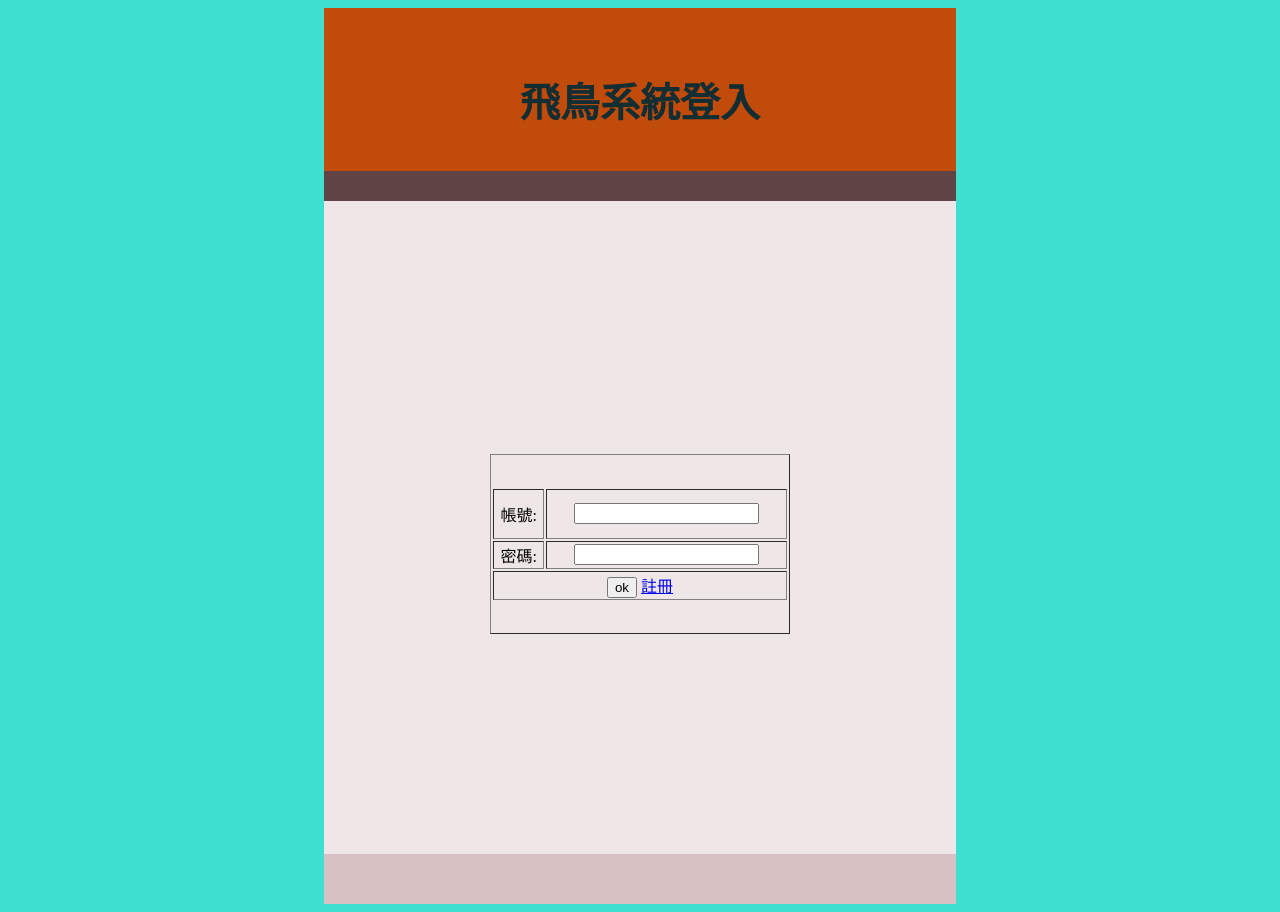
Repository: pride0420/portfolio
Page: Portfolio/1_springBoot/src/main/resources/static/index.html
The author's editor kept a copy of each file at every save. The page is drawn from the files as they stood at one save, then again after the next save.
The browser window is 1280 px wide. The pictures show the whole page.

Above is the page before, as saved 2023-11-30 14:40:28.

After the next save:
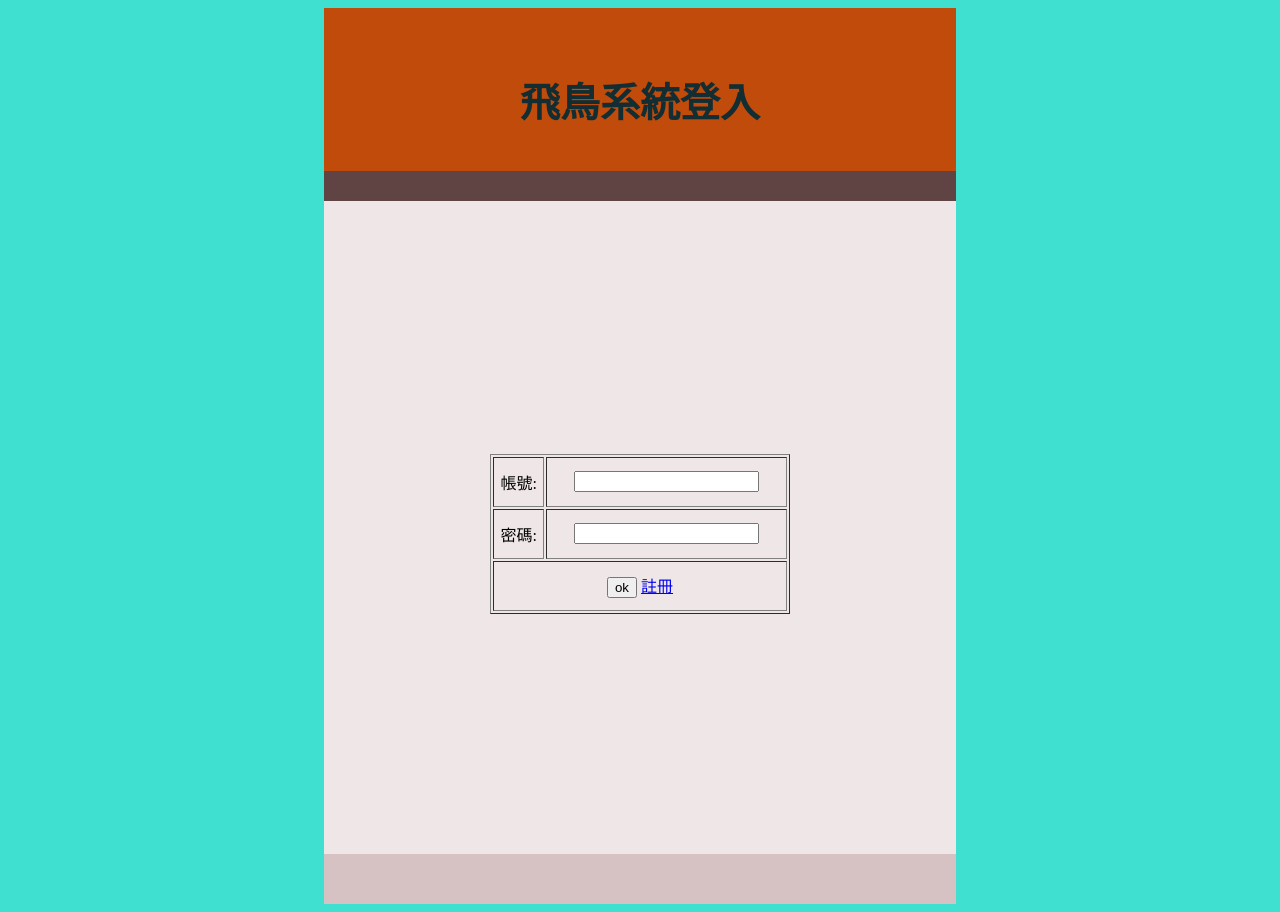
Saved 41 s later.
--- a/Portfolio/1_springBoot/src/main/resources/static/index.html
+++ b/Portfolio/1_springBoot/src/main/resources/static/index.html
@@ -9,21 +9,21 @@
 <form action="login" method="post">
 <div id="header" >飛鳥系統登入</div>
 	<div id="navigater"></div>
-		<div id="content"><op><table align="center" border="1" width=300>
+		<div id="content"><table align="center" border="1" width=300>
 		<tr align="center" height=50>
 			<td>帳號:</td>
 			<td><input type="text" name="username"></td>
 		</tr>
-		<tr align="center">
+		<tr align="center" height=50>
 			<td>密碼:</td>
 			<td><input type="password" name="password"></td>
 		</tr>
-		<tr align="center">
+		<tr align="center" height=50>
 			<td colspan="2"><input type="submit" value="ok">
 			<a href="addError">註冊</td>
 
 		</tr>
-	</table></op></div>
+	</table></div>
 </form>
 
 <div id="footer"></div>
